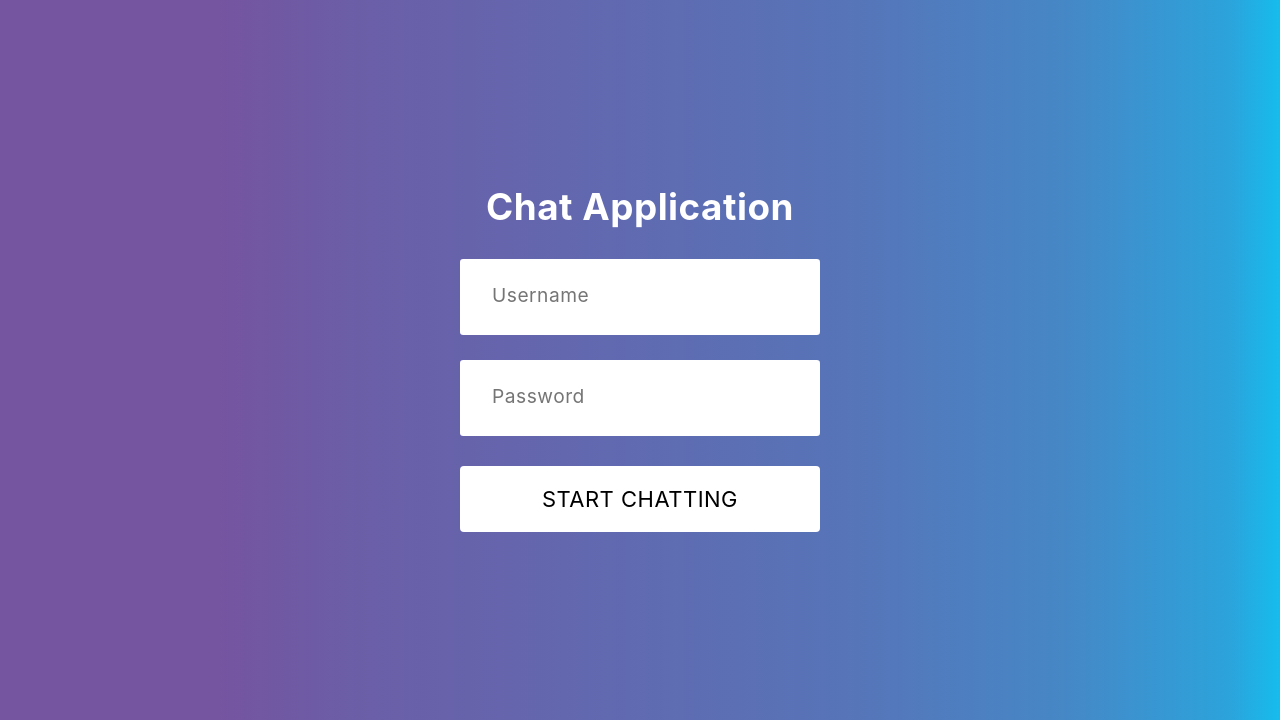
Repository: Aaronlb912/social-withChatEngine
Page: /
An editor plug-in stored every save of this project. The page is shown before and after a run of saves, followed by the edit.
The browser window is 1280 px wide. The pictures show the whole page.
The project was rebuilt for these pictures with package versions that can differ from the ones it lists, and the page was loaded fresh each time. Also part of the build but not shown: src/components/MessageForm.jsx, src/components/MyMessage.jsx, src/components/TheirMessage.jsx, src/components/ChatFeed.jsx.

Above is the page before, as saved 2022-03-10 16:53:51.

After the next 8 saves:
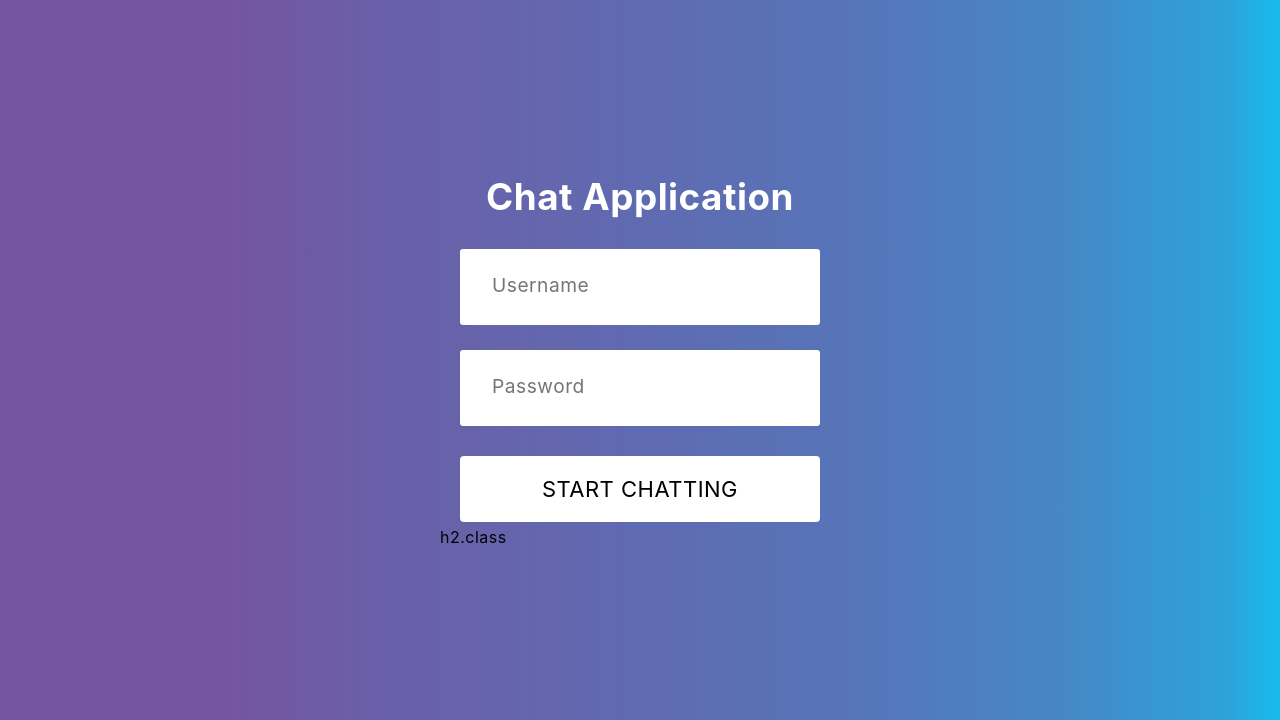
The 8 saves are shown as one change because they came seconds apart.
The last was saved 3 min 18 s later.
--- a/src/components/LoginForm.jsx
+++ b/src/components/LoginForm.jsx
@@ -55,6 +55,7 @@ function LoginForm() {
               <span>Start Chatting</span>
             </button>
           </div>
+          h2.class
         </form>
       </div>
     </div>
